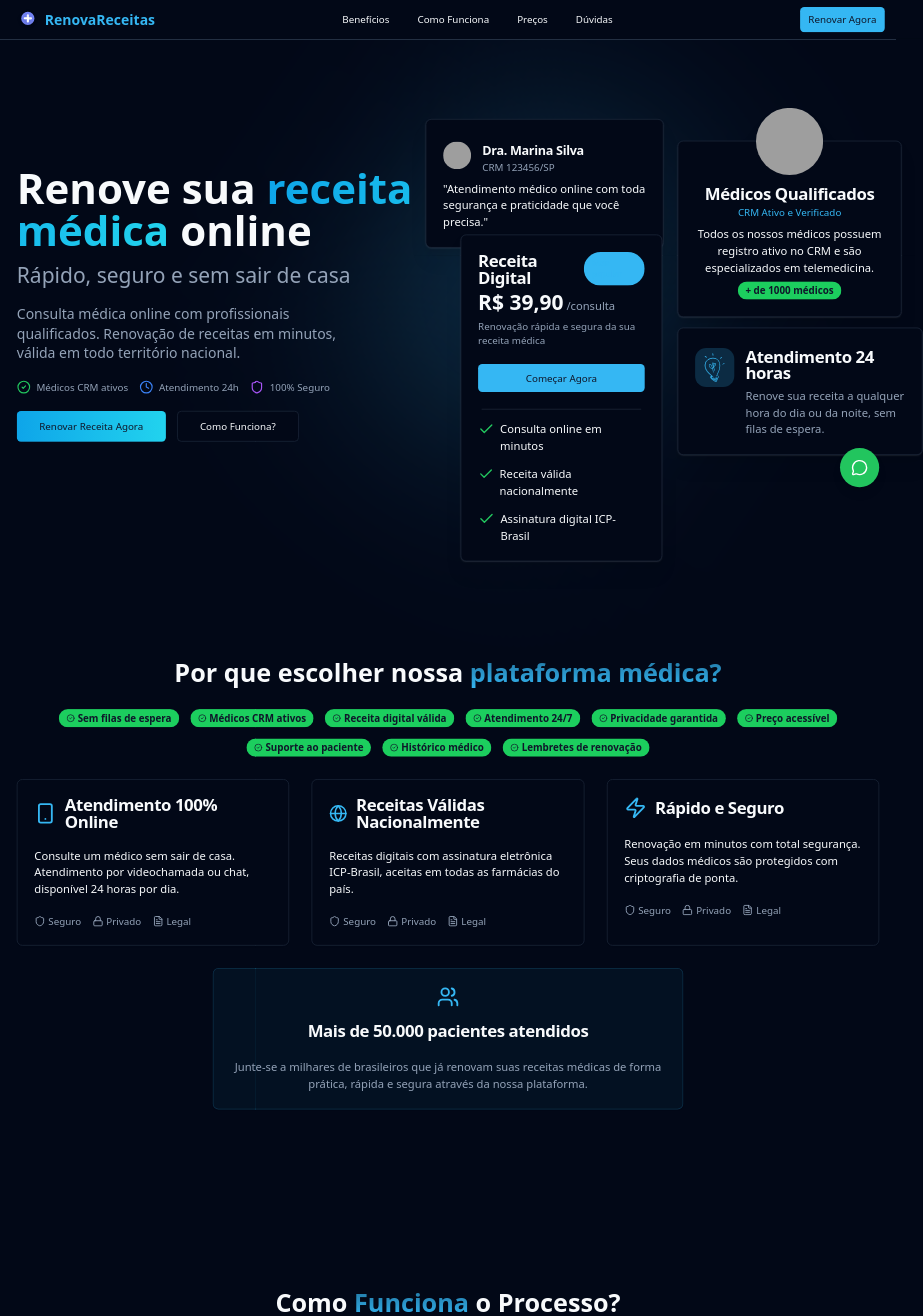
Repository: xoiurp/saude-digital
Page: /
The author's editor kept a copy of each file at every save. The page is drawn from the files as they stood at one save, then again after the next save.
The browser window is 1280 px wide. The page is 1318 px wide, so the pictures cover 1318 px, including what lies to the right of the window. The pictures show the part of the page from y = 0 to 1880 px (the page is 6801 px tall), at 70% of full size.
Pictures or frames that could not be fetched are drawn as grey boxes. The project was rebuilt for these pictures with package versions that can differ from the ones it lists, and the page was loaded fresh each time. Also part of the build but not shown: vite.config.ts.

Above is the page before, as saved 2025-09-09 16:05:06.

After the next save:
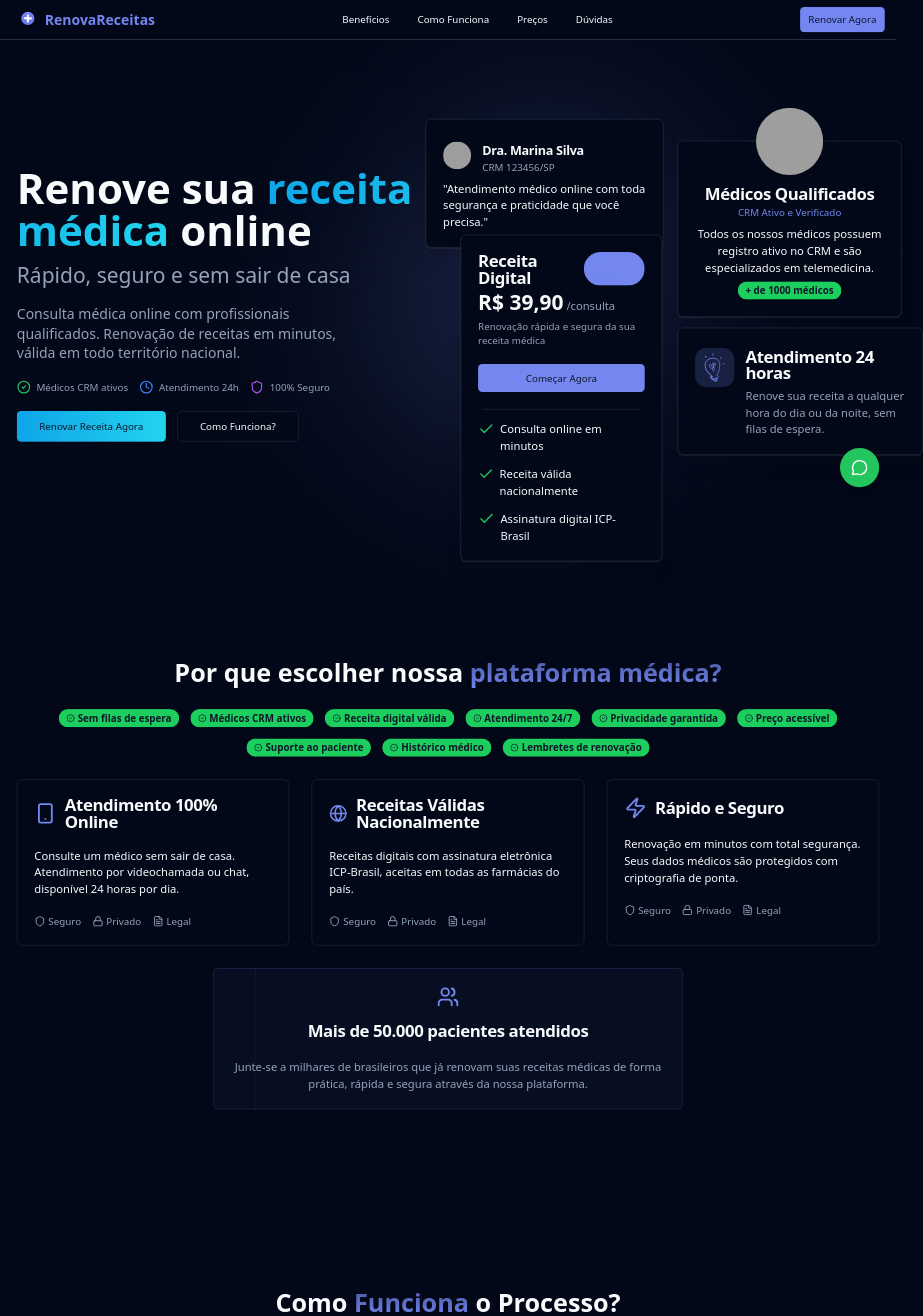
Saved 118 s later.
--- a/src/App.css
+++ b/src/App.css
@@ -15,7 +15,7 @@
     --popover-foreground: 222.2 84% 4.9%;
 
     /* Primary - Medical Blue */
-    --primary: 199 89% 48%;
+    --primary: 231 82% 70%;
     --primary-foreground: 0 0% 100%;
 
     /* Secondary - Soft Green */
@@ -33,7 +33,7 @@
 
     --border: 214.3 31.8% 91.4%;
     --input: 214.3 31.8% 91.4%;
-    --ring: 199 89% 48%;
+    --ring: 231 82% 70%;
 
     --radius: 0.5rem;
   }
@@ -50,7 +50,7 @@
     --popover-foreground: 210 40% 98%;
 
     /* Primary - Medical Blue (lighter for dark mode) */
-    --primary: 199 89% 58%;
+    --primary: 231 82% 70%;
     --primary-foreground: 222.2 47.4% 11.2%;
 
     /* Secondary - Soft Green (lighter for dark mode) */
@@ -68,7 +68,7 @@
 
     --border: 217.2 32.6% 17.5%;
     --input: 217.2 32.6% 17.5%;
-    --ring: 199 89% 58%;
+    --ring: 231 82% 70%;
   }
 }
 
